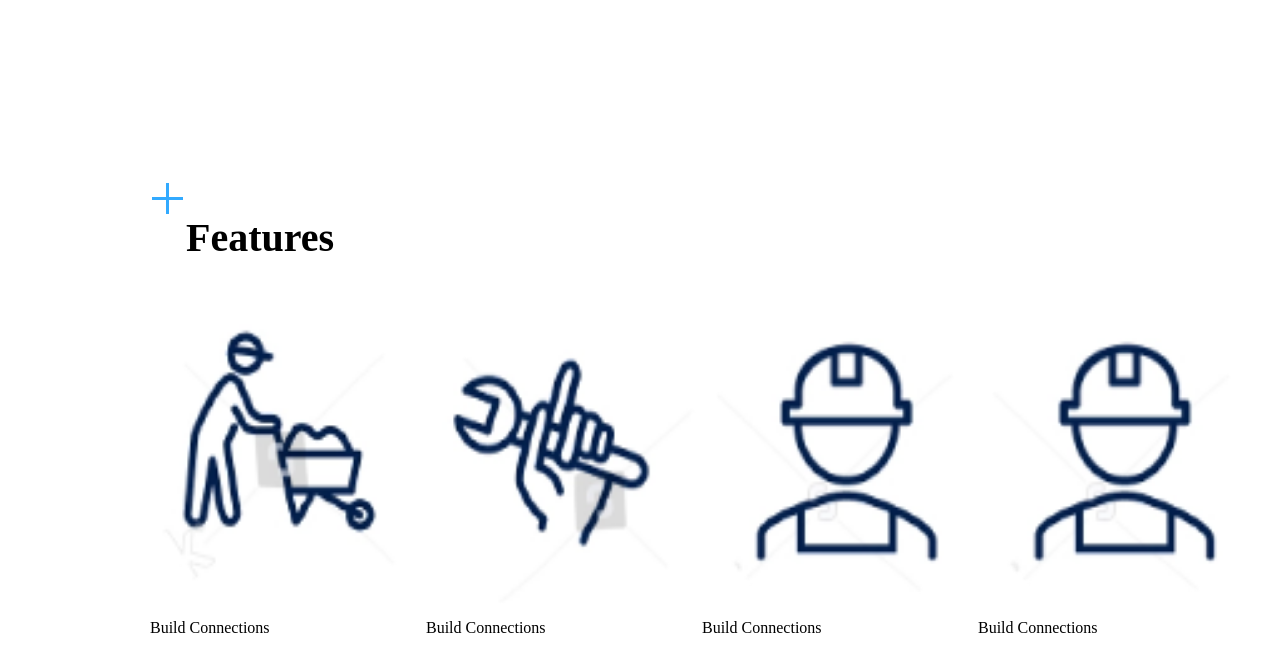
Repository: shekharyadav638/OSL_Assignment_1
Page: index.html
An editor plug-in stored every save of this project. The page is shown before and after the next save, followed by the edit.
The browser window is 1280 px wide. The pictures show the whole page.
The style sheet was rebuilt from its Sass, Less or Tailwind sources for each picture, by a compiler version that may differ from the author's.

Above is the page before, as saved 2024-07-14 09:14:17.

### index.html
<!DOCTYPE html PUBLIC "-//W3C//DTD HTML 4.01 Transitional//EN" "http://www.w3.org/TR/html4/loose.dtd">
<html>
  <head>
    <meta http-equiv="Content-Type" content="text/html; charset=ISO-8859-1" />
    <title>Assignment 1</title>
    <link rel="stylesheet" href="style.css" />
    <link rel="preconnect" href="https://fonts.googleapis.com" />
    <link rel="preconnect" href="https://fonts.gstatic.com" crossorigin />
    <link
      href="https://fonts.googleapis.com/css2?family=Montserrat:ital,wght@0,100..900;1,100..900&display=swap"
      rel="stylesheet"
    />
  </head>
  <body>
    <!-- <header>
      <div class="header">
        <div class="header_left">
          <div class="header_left_logo"></div>
          <span class="header_left_title">Thinkin Blue</span>
        </div>
        <div class="header_right">
          <ul class="header_right_list">
            <li class="header_right_list_item">
              <a href="#">Home</a>
            </li>
            <li class="header_right_list_item"><a href="#">About Us</a></li>
            <li class="header_right_list_item"><a href="#">Work</a></li>
            <li class="header_right_list_item">
              <a href="#">ThinkinBlue Business</a>
            </li>
          </ul>
          <button class="header_right_btn">Login</button>
        </div>
      </div>
    </header>
    <section class="banner">
      <div class="banner_left">
       <p class="banner_left_text">The career network <br> for workers</p>
       <div class="banner_left_input">
        <input type="text" placeholder="Search Better Opportunites" class="banner_left_input_box"></input>
        <img src="img/location.svg" alt="location-icon" class="banner_left_input_icon">
       </div>
       <div class="banner_left_categories">
        <hr>
        <div class="banner_left_categories_title">100+ Job Opportunities</div>
        <div class="banner_left_categories_list">
          <div class="banner_left_categories_list_above">
            <div class="banner_left_categories_list_above_item"> Precision Production</div>
            <div class="banner_left_categories_list_above_item"> Helpers</div>
            <div class="banner_left_categories_list_above_item"> Front-line Supervisors</div>
            <div class="banner_left_categories_list_above_item"> Machine operators & Supervisors</div>
          </div>
          <div class="banner_left_categories_list_below">
            <div class="banner_left_categories_list_below_item"> Machine operators</div>
            <div class="banner_left_categories_list_below_item"> Handlers</div>
            <div class="banner_left_categories_list_below_item"> Transportation & moving occupations</div>
            <div class="banner_left_categories_list_below_item"> See all</div>
          </div>
        </div>
        <div >
          <button class="banner_left_categories_button">Join ThinkinBlue</button>
        </div>
       </div>
      </div>
      <div class="banner_right">
        <img src="img/banner_right.png" alt="banner_right" class="banner_right_img"></img>
      </div>
    </section> -->
    <!-- <section class="hiring">
      <div class="hiring_top">
        <div class="hiring_top_icon">
          <img src="img/plus_icon.svg" alt="plus_icon" />
        </div>
        <div class="hiring_top_heading">From the Community</div>
      </div>
      <div class="hiring_body">
        <div class="hiring_body_img">
          <img src="img/hiring.jpeg" alt="hiring" />
        </div>
        <div class="hiring_body_img">
          <img src="img/hiring.jpeg" alt="hiring" />
        </div>
        <div class="hiring_body_img">
          <img src="img/hiring.jpeg" alt="hiring" />
        </div>
        <div class="hiring_body_img">
          <img src="img/hiring.jpeg" alt="hiring" />
        </div>
      </div>
      <div class="hiring_footer">
        <div class="hiring_footer_slide">
          <div class="hiring_footer_slide_1"></div>
          <div class="hiring_footer_slide_2"></div>
          <div class="hiring_footer_slide_2"></div>
          <div class="hiring_footer_slide_2"></div>
        </div>
        <div class="hiring_footer_btn">
          <button>
            <div class="hiring_footer_btn_text">See more</div>
            <div class="hiring_footer_btn_icon">
              <img src="img/right_arrow.svg" alt="arrow" />
            </div>
          </button>
        </div>
      </div>
    </section> -->
    <section class="features">
      <div class="features_top">
        <div class="features_top_icon">
          <img src="img/plus_icon.svg" alt="plus_icon" />
        </div>
        <div class="features_top_heading">Features</div>
      </div>
      <div class="features_body">
        <div class="features_body_1">
          <div class="features_body_img">
            <img src="img/feature_1.png" alt="hiring" />
          </div>
          <div>Build Connections</div>
        </div>
        <div class="features_body_1">
          <div class="features_body_img">
            <img src="img/feature_2.png" alt="hiring" />
          </div>
          <div>Build Connections</div>
        </div>
        <div class="features_body_1">
          <div class="features_body_img">
            <img src="img/feature_3.png" alt="hiring" />
          </div>
          <div>Build Connections</div>
        </div>
        <div class="features_body_1">
          <div class="features_body_img">
            <img src="img/feature_4.png" alt="hiring" />
          </div>
          <div>Build Connections</div>
        </div>
      </div>
    </section>
  </body>
</html>

### style.scss
* {
  margin: 0;
  padding: 0;
}
.body {
  width: 1440px;
  opacity: 1;
  overflow-x: hidden;
}

@import "header";
@import "banner";
@import "hiring";
@import "features";

### header.scss
.header {
  background: transparent;
  position: fixed;
  display: flex;
  align-content: center;
  width: 1140px;
  height: 86px;
  opacity: 1;
  margin: 16px 150px;
  &_left {
    align-items: center;
    display: flex;
    opacity: 1;

    &_logo {
      width: 52px;
      height: 52px;
      background: #ffffff 0% 0% no-repeat padding-box;
      opacity: 1;
    }

    &_title {
      padding-left: 5px;
      text-align: left;
      font: normal normal bold 21px/28px Segoe UI;
      width: 113px;
      height: 28px;
      letter-spacing: 0px;
      color: #150303;
      opacity: 1;
    }
  }

  &_right {
    margin-left: 261px;
    align-items: center;
    display: flex;
    gap: 66px;
    &_list {
      list-style: none;
      display: flex;
      gap: 76px;
      align-items: center;

      &_item {
        text-align: left;
        font: normal normal normal 14px/11px Montserrat;
        letter-spacing: 0px;
        padding: 17px 0;
        color: #ffffff;
        opacity: 1;
      }
    }
    &_btn {
      background: #ffc832 0% 0% no-repeat padding-box;
      border-radius: 4px;
      opacity: 1;
      padding: 8px 33px;
      text-align: left;
      font: normal normal 600 18px Montserrat;
      letter-spacing: 0px;
      color: #05416e;
      opacity: 1;
    }
  }
}

.banner {
  &_img {
    width: 100%;
    height: 100%;
    background-position: center;
  }
}

### _banner.scss
.banner {
  background-image: url(img/banner.png);
  width: 100%;
  height: 100vh;
  background-size: cover;
  background-position: center;
  background-repeat: no-repeat;
  display: flex;

  &_left {
    margin-top: 156px;
    margin-bottom: 80px;
    margin-left: 150px;
    &_text {
      text-align: left;
      font: normal normal bold 80px/80px Adobe Caslon Pro;
      letter-spacing: 0.8px;
      color: #ffffff;
      opacity: 1;
    }

    &_input {
      display: flex;
      align-items: center;
      margin-top: 60px;
      width: 756px;
      height: 74px;
      background: #37b5d8 0% 0% no-repeat padding-box;
      box-shadow: 0px 10px 20px #07668b;
      border-radius: 6px;

      ::placeholder {
        font: italic normal normal 28px/36px Montserrat;
        letter-spacing: 0px;
        color: #ebebeb;
        opacity: 1;
        padding-top: 13px;
        padding-bottom: 13px;
        align-content: center;
        padding-left: 24px;
      }

      &_box {
        background: #ffffff 0% 0% no-repeat padding-box;
        border-radius: 4px;
        margin-left: 8px;
        border: none;
        opacity: 1;
        width: 669px;
        height: 60px;
      }
    }

    &_categories {
      width: 717px;
      height: 112px;
      & hr {
        margin-top: 30px;
        margin-bottom: 40px;
        color: #37b5d8;
        width: 756px;
      }
      &_title {
        width: 250px;
        height: 22px;
        text-align: left;
        font: normal normal bold 18px/24px Montserrat;
        letter-spacing: 0px;
        color: #ffffff;
        opacity: 1;
      }

      &_list {
        margin-top: 15px;
        margin-right: 73px;
        &_above {
          display: flex;
          justify-content: space-between;
          &_item {
            background: #32aaff 0% 0% no-repeat padding-box;
            border: 1px solid #ffffff;
            border-radius: 20px;
            opacity: 0.8;
            height: 15 px;
            padding-left: 14px;
            padding-right: 14px;
            padding-top: 7px;
            padding-bottom: 8px;
            text-align: left;
            font: italic normal normal 12px/24px Montserrat;
            letter-spacing: 0px;
            color: #ffffff;
            opacity: 1;
          }
        }
        &_below {
          margin-top: 15px;
          margin-right: 64px;
          display: flex;
          justify-content: space-between;
          &_item {
            background: #32aaff 0% 0% no-repeat padding-box;
            border: 1px solid #ffffff;
            border-radius: 20px;
            opacity: 0.8;
            height: 15 px;
            padding-left: 14px;
            padding-right: 14px;
            padding-top: 7px;
            padding-bottom: 8px;
            text-align: left;
            font: italic normal normal 12px/24px Montserrat;
            letter-spacing: 0px;
            color: #ffffff;
            opacity: 1;
          }
        }
      }

      &_button {
        margin-top: 40px;
        width: 180px;
        height: 45px;
        background: #ffc832 0% 0% no-repeat padding-box;
        border: none;
        padding: 13px 21px;
        opacity: 1;
        font: normal normal 600 15px/15px Montserrat;
        letter-spacing: 0px;
        color: #05416e;
        opacity: 1;
      }
    }
  }

  &_right {
    &_img {
      position: absolute;
      top: 0;
      left: 650px;
      margin-top: 140px;
    }
  }
}

### _hiring.scss
.hiring {
  margin: 180px 150px;
  margin-bottom: 0;

  &_top {
    display: flex;
    flex-direction: column;
    width: 411px;
    margin-bottom: 60px;
    &_icon {
      width: 36px;
      height: 36px;
    }

    &_heading {
      margin-left: 36px;
      width: 375px;
      height: 40px;
      font: normal normal bold 40px/54px Adobe Caslon Pro;
      letter-spacing: 0px;
      color: #000000;
      opacity: 1;
    }
  }

  &_body {
    display: flex;
    justify-content: space-between;
    &_img {
      & img {
        width: 276px;
        height: 308px;
        border-radius: 4px;
        opacity: 1;
      }
    }
  }

  &_footer {
    margin-top: 60px;

    &_slide {
      display: flex;
      width: 180px;
      height: 10px;
      justify-content: space-between;
      margin-left: 480px;
      &_1 {
        width: 32px;
        height: 6px;
        background: #32aaff 0% 0% no-repeat padding-box;
        border-radius: 2px;
        opacity: 1;
      }
      &_2 {
        width: 32px;
        height: 6px;
        background: #05416e 0% 0% no-repeat padding-box;
        border-radius: 2px;
        opacity: 1;
      }
    }

    &_btn {
      margin-top: 20px;
      display: flex;
      align-items: center;
      justify-content: center;

      & button {
        width: 159px;
        height: 40px;
        background: #ffffff 0% 0% no-repeat padding-box;
        border: 1px solid #05416e;
        border-radius: 4px;
        opacity: 1;
        padding-left: 20px;
        padding-right: 20px;
        padding-top: 8.47px;
        display: flex;
        justify-content: space-between;
      }
      &_text {
        width: 88px;
        height: 22px;
        font: normal normal 600 18px/17px Montserrat;
        letter-spacing: 0px;
        color: #05416e;
      }
      &_icon {
        width: 16px;
        height: 16px;
      }
    }
  }
}

### _features.scss
.features {
  margin: 180px 150px;
  margin-bottom: 0;

  &_top {
    display: flex;
    flex-direction: column;
    width: 411px;
    margin-bottom: 60px;
    &_icon {
      width: 31px;
      height: 31px;
    }

    &_heading {
      margin-left: 36px;
      width: 144px;
      height: 40px;
      font: normal normal bold 40px/54px Adobe Caslon Pro;
      letter-spacing: 0px;
      color: #000000;
      opacity: 1;
    }
  }

  &_body {
    display: flex;
    justify-content: space-between;
    &_img {
      & img {
        width: 276px;
        height: 308px;
        border-radius: 4px;
        opacity: 1;
      }
    }
  }
}

After the next save:
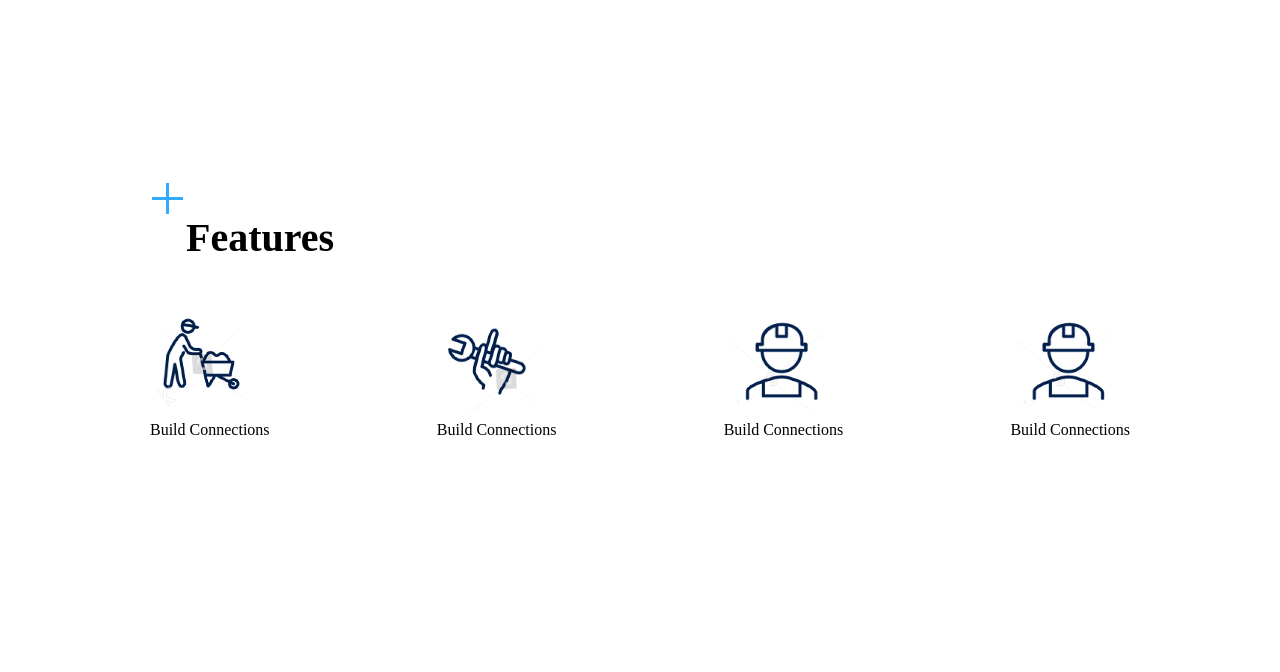
Saved 11 s later.
--- a/_features.scss
+++ b/_features.scss
@@ -26,13 +26,5 @@
   &_body {
     display: flex;
     justify-content: space-between;
-    &_img {
-      & img {
-        width: 276px;
-        height: 308px;
-        border-radius: 4px;
-        opacity: 1;
-      }
-    }
   }
 }
